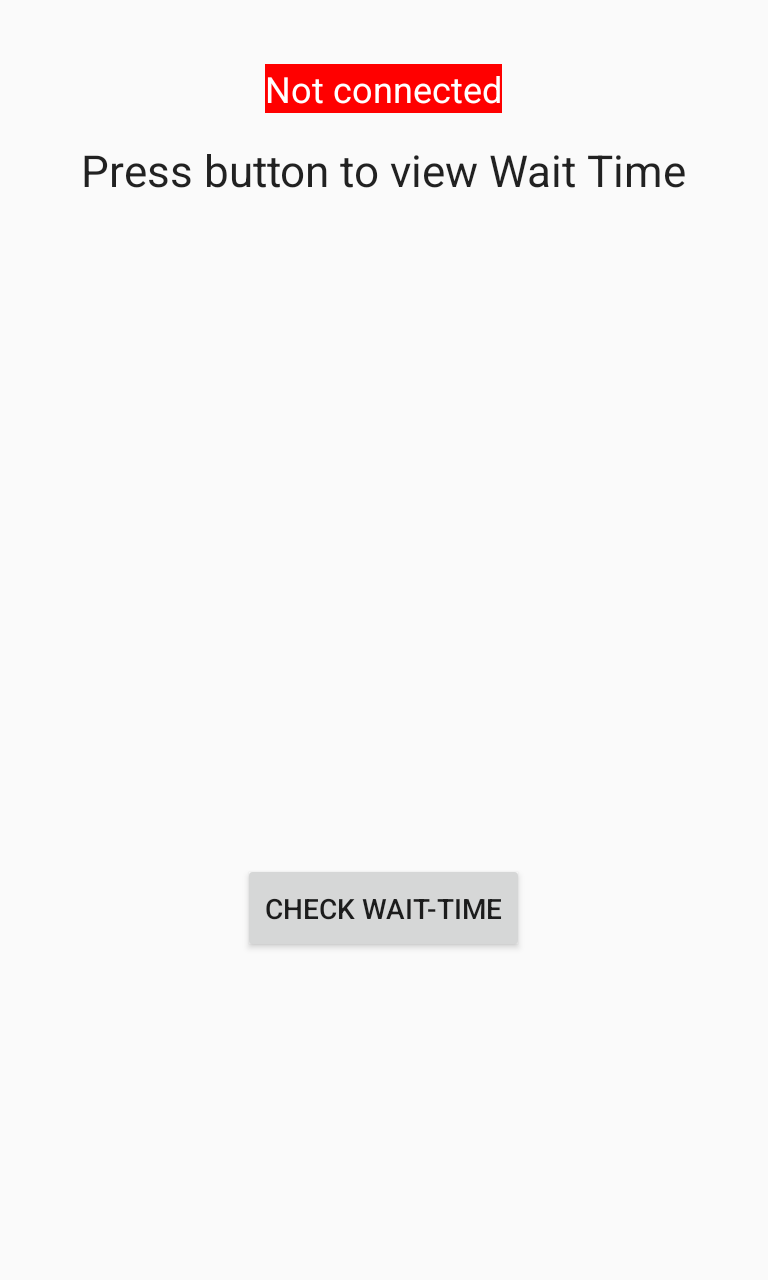
Repository: manasvikaranam/Wait-time-estimation-on-smartphone
Layout: Wait'N'Watch/res/layout/activity_main.xml
An editor plug-in stored every save of this project. The layout is shown before and after the next save, followed by the edit.
It is drawn on a 768 x 1280 px phone screen (xhdpi) without system bars, with theme AppTheme; the app's code is not run.

Above is the layout before, as saved 2015-03-03 00:02:33.

After the next save:
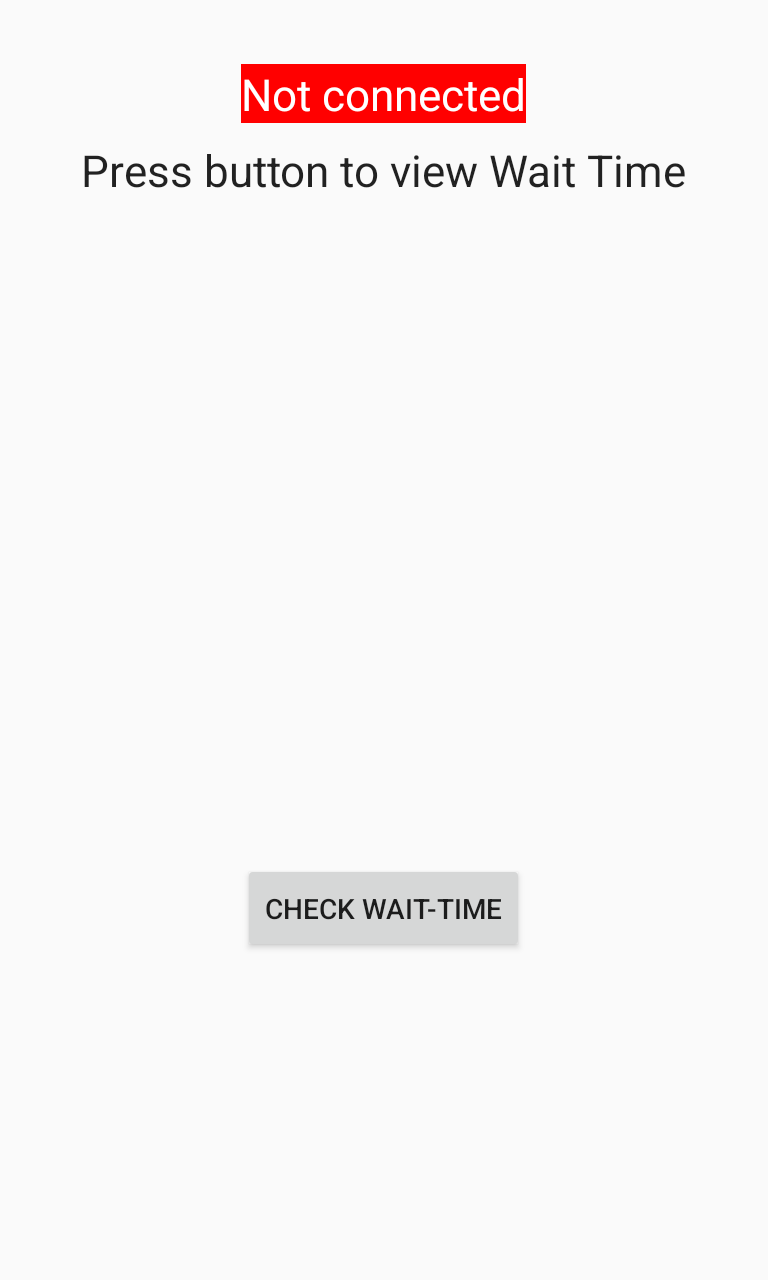
Saved 48 s later.
--- a/Wait'N'Watch/res/layout/activity_main.xml
+++ b/Wait'N'Watch/res/layout/activity_main.xml
@@ -37,6 +37,6 @@
         android:textColor="#FFF"
         android:layout_marginTop="16dp"
         android:text="Not connected"
-        android:textAppearance="?android:attr/textAppearanceMedium" />
+        android:textAppearance="?android:attr/textAppearanceLarge" />
 
 </RelativeLayout>
